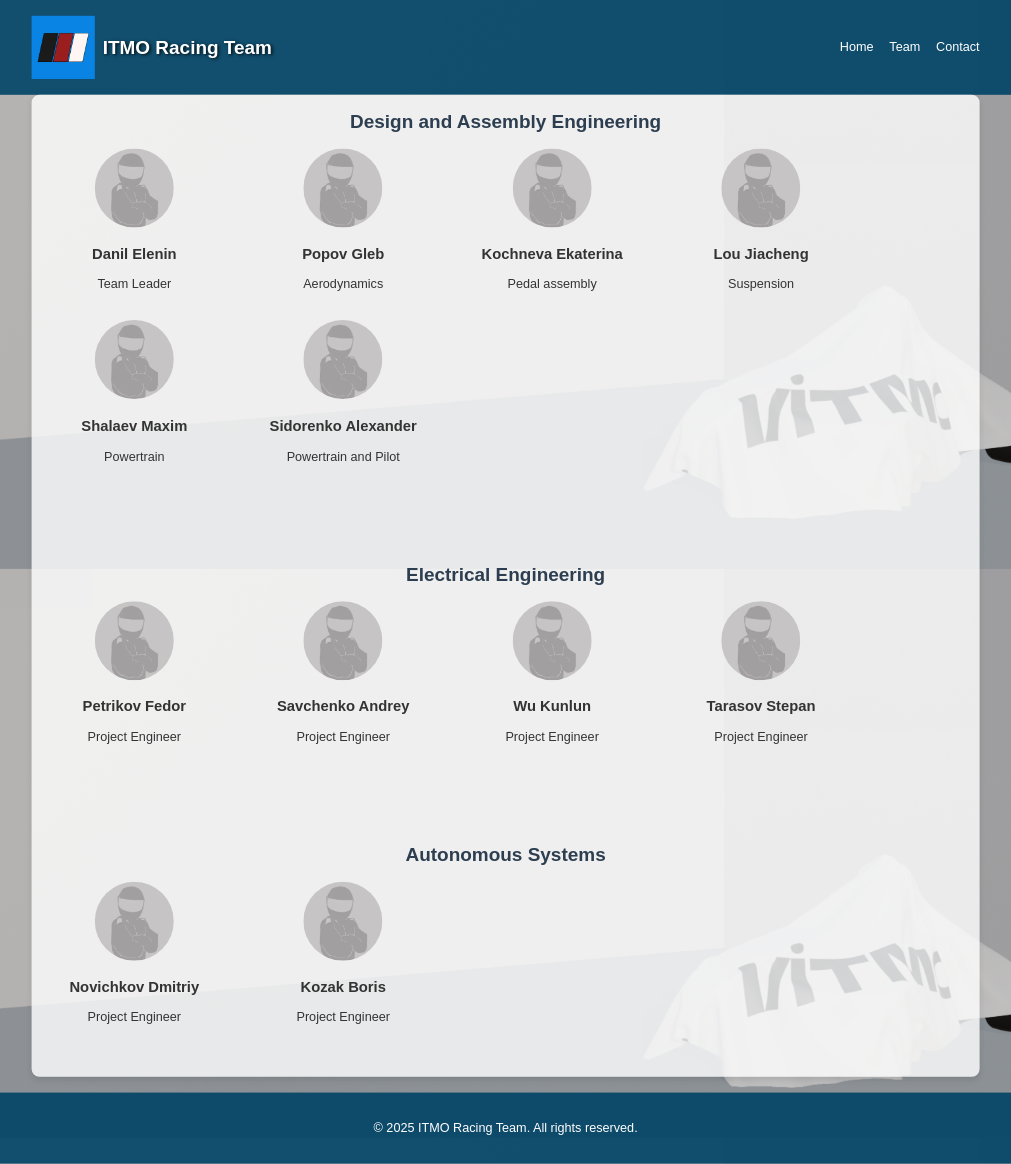
Repository: fs-itmo/fs-itmo.github.io
Page: team.html
The author's editor kept a copy of each file at every save. The page is drawn from the files as they stood at one save, then again after the next save.
The browser window is 1280 px wide. The pictures show the whole page, at 79% of full size.
Backgrounds fixed to the window are drawn as part of the page.

Above is the page before, as saved 2024-12-30 18:02:47.

### team.html
<!DOCTYPE html>
<html lang="en">
<head>
    <meta charset="UTF-8">
    <meta name="viewport" content="width=device-width, initial-scale=1.0">
    <title>Team - Autonomous Systems</title>
    <link rel="stylesheet" href="css/style.css">
</head>
<body>
    <header>
        <div class="container">
            <div class="logo-caption-container">
                <img src="assets/images/logo.png" alt="Logo" class="logo">
                <div class="top-caption">
                    ITMO Racing Team
                </div>
            </div>
            <nav>
                <ul>
                    <li><a href="index.html">Home</a></li>
                    <li><a href="team.html" class="active">Team</a></li>
                    <li><a href="#contact">Contact</a></li>
                </ul>
            </nav>
        </div>
    </header>

    <section class="team-section">
        <!-- <h1>Meet Our Team</h1> -->

        <!-- Development Department -->
        <div class="team-department">
            <h2>Design and Assembly Engineering</h2>
            <!-- <p>The backbone of our organization, responsible for designing and implementing cutting-edge software solutions.</p> -->
            <div class="team-member">
                <img src="assets/images/noname_pilot.png" alt="Danil Elenin">
                <h3>Danil Elenin</h3>
                <p>Team Leader</p>
            </div>
            <div class="team-member">
                <img src="assets/images/noname_pilot.png" alt="Popov Gleb">
                <h3>Popov Gleb</h3>
                <p>Aerodynamics</p>
            </div>
            <div class="team-member">
                <img src="assets/images/noname_pilot.png" alt="Kochneva Ekaterina">
                <h3>Kochneva Ekaterina</h3>
                <p>Pedal assembly</p>
            </div>
            <div class="team-member">
                <img src="assets/images/noname_pilot.png" alt="Lou Jiacheng">
                <h3>Lou Jiacheng</h3>
                <p>Suspension</p>
            </div>
            <div class="team-member">
                <img src="assets/images/noname_pilot.png" alt="Shalaev Maxim">
                <h3>Shalaev Maxim</h3>
                <p>Powertrain</p>
            </div>
            <div class="team-member">
              <img src="assets/images/noname_pilot.png" alt="Sidorenko Alexander">
              <h3>Sidorenko Alexander</h3>
              <p>Powertrain and Pilot</p>
          </div>
        </div>


        <!-- Development Department -->
        <div class="team-department">
          <h2>Electrical Engineering</h2>
          <!-- <p>The backbone of our organization, responsible for designing and implementing cutting-edge software solutions.</p> -->
          <div class="team-member">
              <img src="assets/images/noname_pilot.png" alt="Petrikov Fedor">
              <h3>Petrikov Fedor</h3>
              <p>Project Engineer</p>
          </div>
          <div class="team-member">
              <img src="assets/images/noname_pilot.png" alt="Savchenko Andrey">
              <h3>Savchenko Andrey</h3>
              <p>Project Engineer</p>
          </div>
          <div class="team-member">
              <img src="assets/images/noname_pilot.png" alt="Wu Kunlun">
              <h3>Wu Kunlun</h3>
              <p>Project Engineer</p>
          </div>
          <div class="team-member">
              <img src="assets/images/noname_pilot.png" alt="Tarasov Stepan">
              <h3>Tarasov Stepan</h3>
              <p>Project Engineer</p>
          </div>
        </div>


        <div class="team-department">
          <h2>Autonomous Systems</h2>
          <!-- <p>The backbone of our organization, responsible for designing and implementing cutting-edge software solutions.</p> -->
          <div class="team-member">
              <img src="assets/images/noname_pilot.png" alt="Novichkov Dmitriy">
              <h3>Novichkov Dmitriy</h3>
              <p>Project Engineer</p>
          </div>
          <div class="team-member">
              <img src="assets/images/noname_pilot.png" alt="Kozak Boris">
              <h3>Kozak Boris</h3>
              <p>Project Engineer</p>
          </div>
        </div>


        <!-- Add more departments here if needed -->
    </section>

    <footer>
        <p>&copy; 2025 ITMO Racing Team. All rights reserved.</p>
    </footer>
</body>
</html>

### css/style.css
html, body {
    height: 100%;
    margin: 0;
    padding: 0;
}
body {
    font-family: Arial, sans-serif;
    margin: 0;
    padding: 0;
    color: #333;
    background: url('assets/images/title.png') no-repeat center center fixed;
    background-size: cover;
}
header {
    background-color: rgba(0, 68, 102, 0.9);
    padding: 20px 0;
}
header .container {
    display: flex;
    justify-content: space-between;
    align-items: center;
    max-width: 1200px;
    margin: 0 auto;
    padding: 0 20px;
}
h1, h2 {
    text-align: center;
}
/* header .logo {
    max-height: 50px;
} */
header nav ul {
    list-style: none;
    display: flex;
    margin: 0;
    padding: 0;
}
header nav ul li {
    margin-left: 20px;
}
header nav ul li a {
    text-decoration: none;
    color: white;
    font-size: 16px;
}
section {
    padding: 0px 0px;
    max-width: 1200px;
    margin: 0 auto;
    background: rgba(255, 255, 255, 0.8);
    border-radius: 10px;
    box-shadow: 0 4px 8px rgba(0, 0, 0, 0.1);
}
/* section#home {
    background: rgba(244, 244, 244, 0.9);
    text-align: center;
    padding: 60px 20px;
    border-radius: 10px;
} */
section#home {
    background: url("../assets/images/title.png") no-repeat center center;
    background-size: contain;
    background-repeat: no-repeat;
    background-attachment: fixed;
    color: white;
    text-align: center;
    padding: 0px 0px;
    min-height: 100vh;
    width: 100vw;
}
header .logo {
    max-height: 80px;
}
.logo-caption-container {
    display: flex;
    align-items: center;
    gap: 10px;
}
header .top-caption {
    font-size: 24px;
    font-weight: bold;
    color: #ffffff;
    text-shadow: 2px 2px 4px rgba(0, 0, 0, 0.8);
}
footer {
    background-color: rgba(0, 68, 102, 0.9);
    color: white;
    text-align: center;
    padding: 20px 0;
    margin-top: 20px;
}
.team-section {
    display: flex;
    flex-direction: column;
    gap: 40px;
}
.team-department {
    margin-bottom: 40px;
}
.team-department h2 {
    color: #2c3e50;
    margin-bottom: 10px;
}
/* Team members layout */
.team-member {
    display: inline-block;
    width: 20%;
    text-align: center;
    margin: 10px;
}
.team-member img {
    width: 100px;
    height: 100px;
    border-radius: 50%;
    object-fit: cover;
}

After the next save:
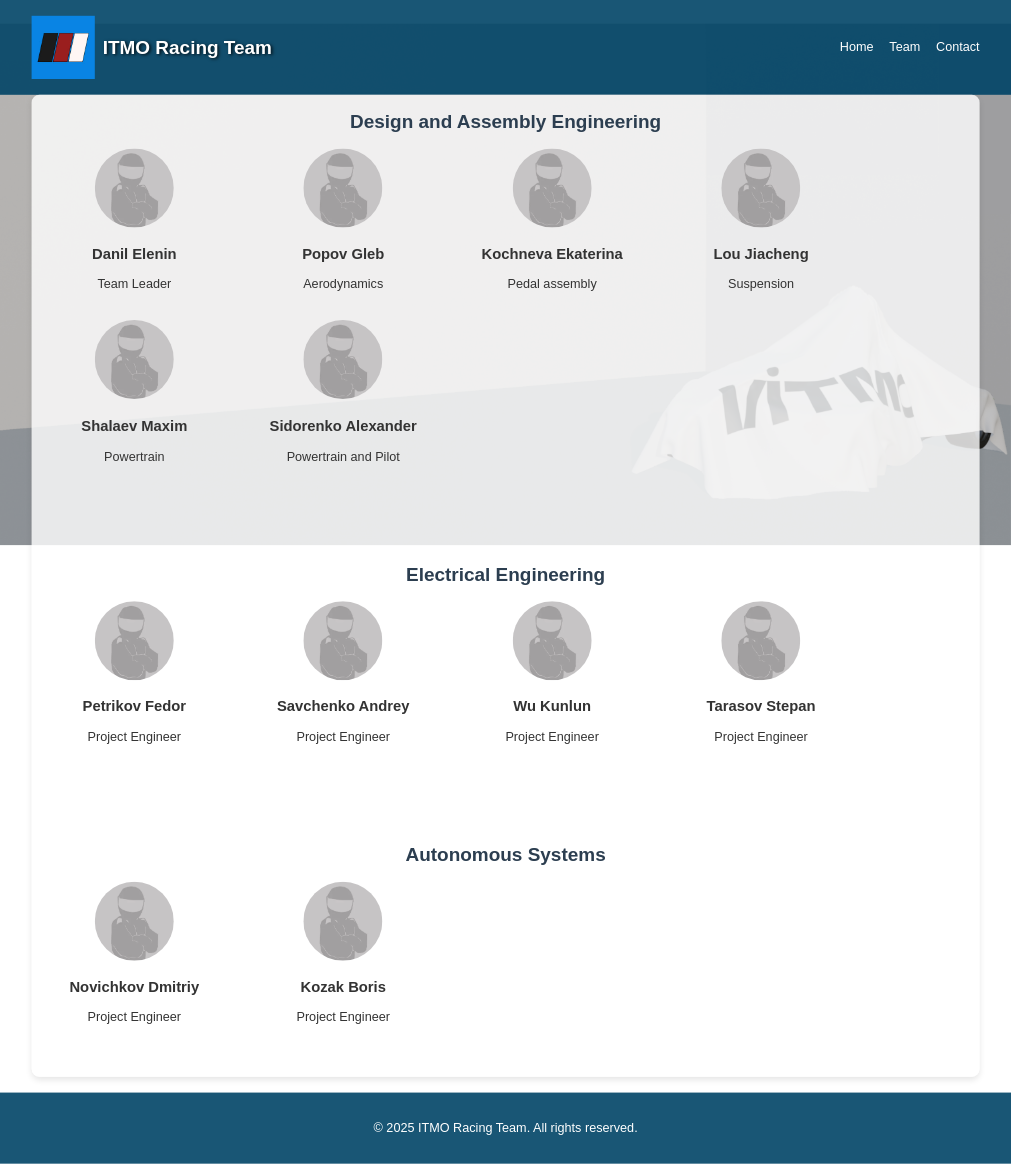
Saved 3 h 59 min later.
--- a/css/style.css
+++ b/css/style.css
@@ -9,8 +9,10 @@
     padding: 0;
     color: #333;
     background: url('assets/images/title.png') no-repeat center center fixed;
-    background-size: cover;
+    background-size: contain; /* Меняем cover на contain */
+    background-color: #fff; /* Добавляем цвет для пустых полос */
 }
+
 header {
     background-color: rgba(0, 68, 102, 0.9);
     padding: 20px 0;

After the 2 saves that followed:
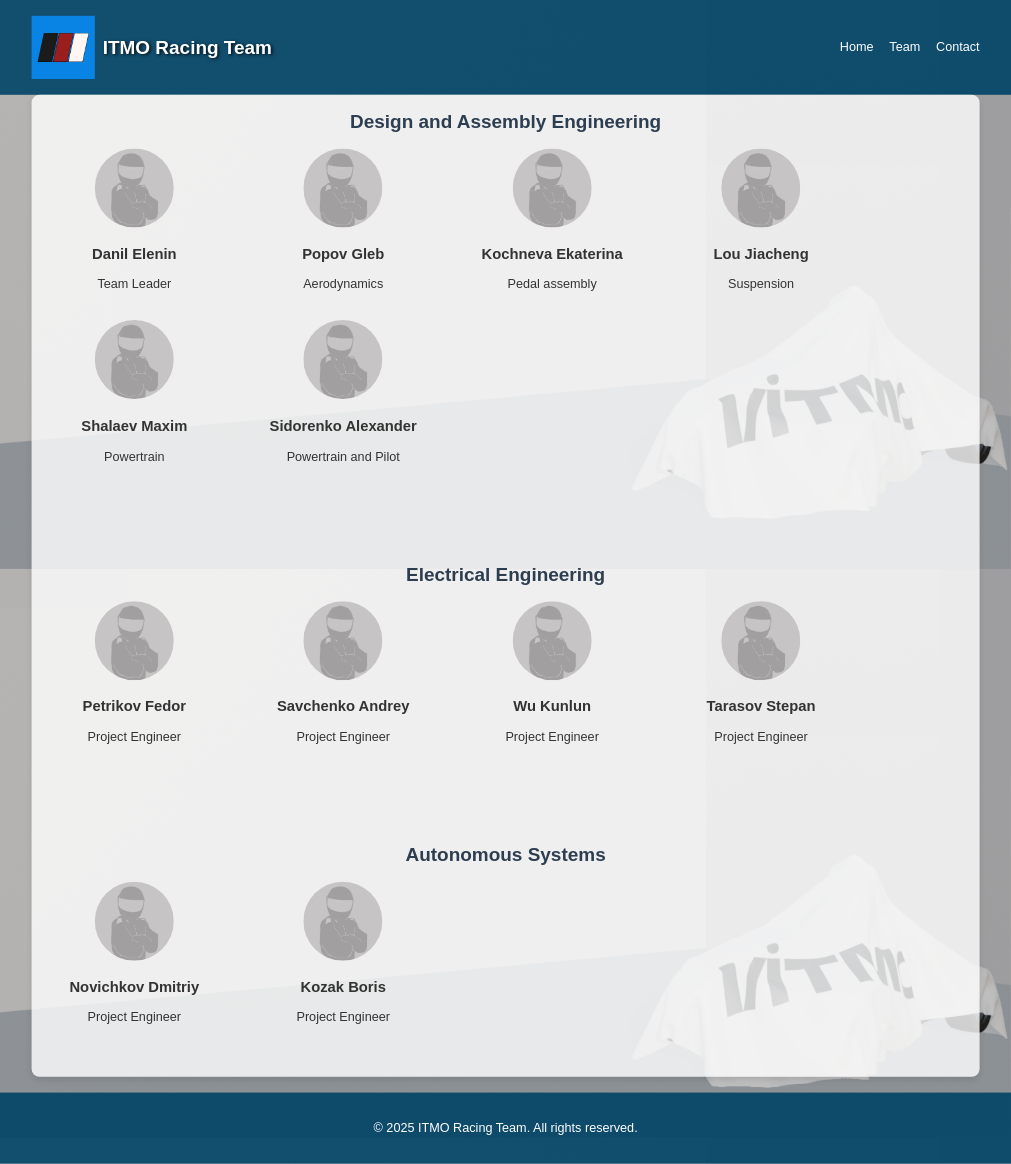
The 2 saves are shown as one change because 1 left the picture as it was.
The last was saved 3 min 10 s later.
--- a/css/style.css
+++ b/css/style.css
@@ -3,14 +3,15 @@
     margin: 0;
     padding: 0;
 }
+
 body {
     font-family: Arial, sans-serif;
     margin: 0;
     padding: 0;
     color: #333;
     background: url('assets/images/title.png') no-repeat center center fixed;
-    background-size: contain; /* Меняем cover на contain */
-    background-color: #fff; /* Добавляем цвет для пустых полос */
+    background-size: 100% auto; /* Ширина 100%, высота подстраивается */
+    background-color: #fff; /* Цвет для пустых полос */
 }
 
 header {
